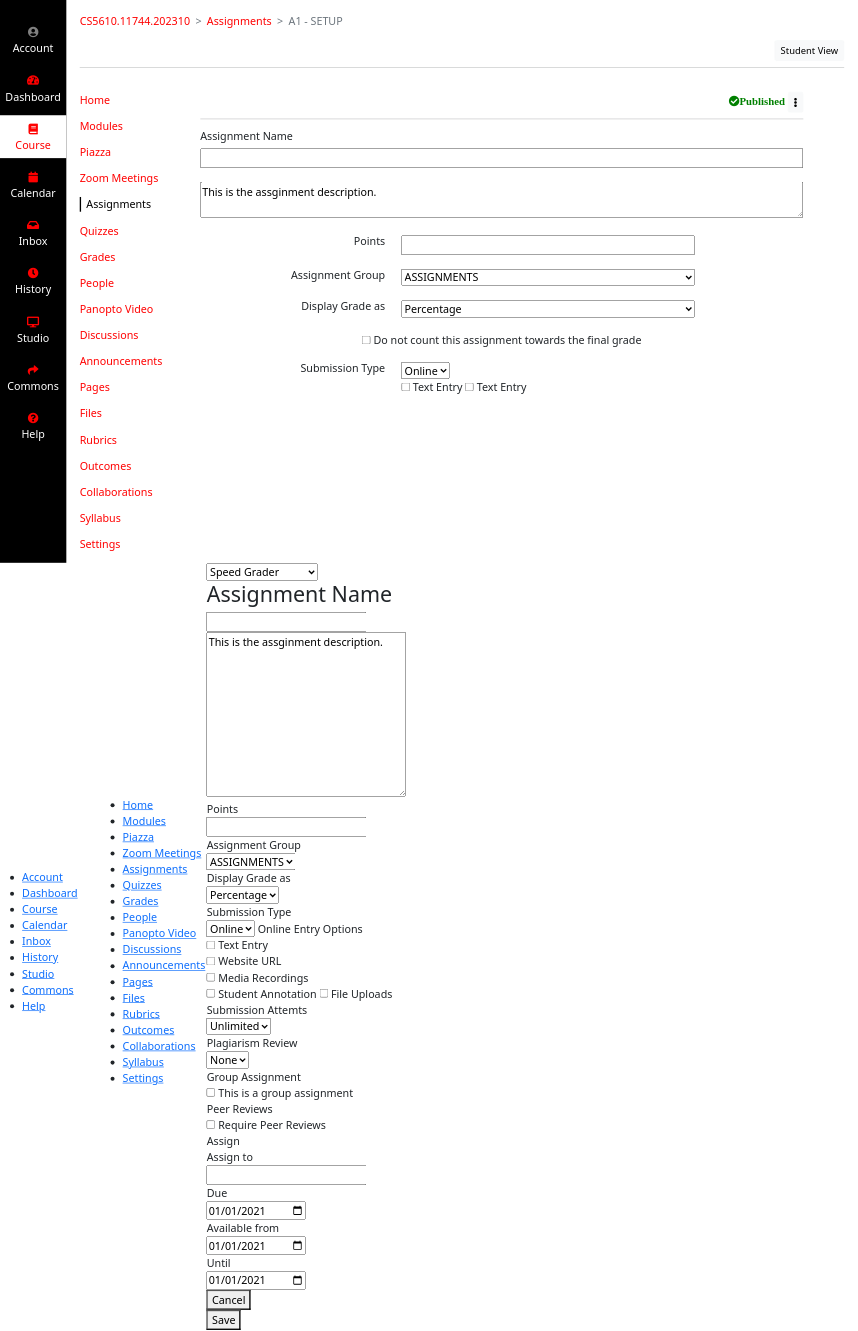
Repository: yuqiant/kanbas-react-web-app
Page: public/kanbas/assignment/edit.html
An editor plug-in stored every save of this project. The page is shown before and after the next save, followed by the edit.
The browser window is 1280 px wide. The pictures show the whole page, at 67% of full size.

Above is the page before, as saved 2023-10-05 01:06:11.

### public/kanbas/assignment/edit.html
<!DOCTYPE html>
<html lang="en">

<head>

    <meta charset="UTF-8">
    <meta name="viewport" content="width=device-width, initial-scale=1.0">
    <title>Flexbox Layout</title>
    <link rel="stylesheet" href="../../vendors/fontawesome/css/all.min.css">
    <link rel="stylesheet" href="../../vendors/bootstrap/css/bootstrap.min.css" />
    <link href="index.css" rel="stylesheet" />

</head>

<body>
    <div class="flex-container">
        <div class="left-column">

            <ul>
                <li><i class="fa fa-user-circle fa-inverse" style="color: grey;"></i><a
                        href="../account/account.html">Account</a> </li>
                <li><i class="fas fa-tachometer-alt" style="color: red;"></i><a href="#">Dashboard</a></li>
                <li class="active"><i class="fas fa-book" style="color: red;"></i><a
                        href="../course/courseNavigation.html" style="color: red;">Course</a>
                </li>
                <li><i class="fas fa-calendar" style="color: red;""></i><a href=" #">Calendar</a></li>
                <li><i class="fas fa-inbox" style="color: red;"></i><a href="#">Inbox</a></li>
                <li><i class="fas fa-clock" style="color: red;"></i><a href="#">History</a></li>
                <li><i class="fas fa-desktop" style="color: red;"></i><a href="#">Studio</a></li>
                <li><i class="fas fa-share" style="color: red;"></i><a href="#">Commons</a></li>
                <li><i class="fas fa-question-circle" style="color: red;"></i><a href="#">Help</a></li>
            </ul>

        </div>
        <div class="right-column">

            <div class="right-top">
                <nav style="--bs-breadcrumb-divider: '>'; color: red;" aria-label="breadcrumb">
                    <ol class="breadcrumb">
                        <li class="breadcrumb-item"><a href="../dashboard/index.html"
                                style="color: red;">CS5610.11744.202310</a></li>
                        <li class="breadcrumb-item"><a href="index.html" style="color: red;">Assignments</a></li>
                        <li class="breadcrumb-item active" aria-current="page">A1 - SETUP</li>
                    </ol>
                </nav>


                <div class="float-sm-end"> <button class="btn btn-light btn-sm">Student View</button>
                </div><br />
                <hr />


            </div>
            <div class="right-bottom">


                <div class="right-bottom-item1">


                    <ul>
                        <li><a href="../home.html">Home</a></li>
                        <li><a href="#">Modules</a></li>
                        <li><a href="#">Piazza</a></li>
                        <li><a href="#">Zoom Meetings</a></li>
                        <li class="active"><a href="assignment/index.html" style="color: black;">Assignments</a></li>
                        <li><a href="#">Quizzes</a></li>
                        <li><a href="grades.html">Grades</a></li>
                        <li><a href="#">People</a></li>
                        <li><a href="#">Panopto Video</a></li>
                        <li><a href="#">Discussions</a></li>
                        <li><a href="#">Announcements</a></li>
                        <li><a href="#">Pages</a></li>
                        <li><a href="#">Files</a></li>
                        <li><a href="#">Rubrics</a></li>
                        <li><a href="#">Outcomes</a></li>
                        <li><a href="#">Collaborations</a></li>
                        <li><a href="#">Syllabus</a></li>
                        <li><a href="coursesetting.html">Settings</a></li>
                    </ul>
                </div>

                <div class="right-bottom-item2">


                    <div class="float-sm-end">
                        <i class="fas fa-check-circle" style="color: green;">Published</i>
                        <button class="btn btn-light btn-sm"><i class="fas fa-ellipsis-v"></i></button>

                    </div><br>
                    <hr />
                    <h6>Assignment Name</h6>

                    <input id="text-fields-assginment" style="width: 900px; margin-bottom: 20px;" /><br />
                    <form id="textarea">
                        <textarea
                            style="width: 900px; margin-bottom: 20px;">This is the assginment description.</textarea>
                    </form>

                    <div class="row">
                        <div class="col-md-6 text-end">
                            <h6>Points</h6>
                        </div>
                        <div class="col-md-6">
                            <form id="text-fields">
                                <input id="text-fields-assginment" style="width: 100%;" />
                            </form>
                        </div>
                    </div>

                    <div class="row">
                        <div class="col-md-6 text-end">
                            <h6>Assignment Group</h6>
                        </div>
                        <div class="col-md-6">
                            <select id="select-one" style="width: 100%;">
                                <option value="ALL">ASSIGNMENTS</option>
                            </select>
                        </div>

                    </div>

                    <div class="row">
                        <div class="col-md-6 text-end">
                            <h6>Display Grade as</h6>
                        </div>
                        <div class="col-md-6">
                            <select id="select-one" style="width: 100%;">
                                <option value="ALL">Percentage</option>
                            </select>
                        </div>
                    </div>

                    <div class="row justify-content-center">
                        <div class="col-md-6">
                            <div class="text-center">
                                <input type="checkbox" value="GROUPASSIGNMENT" name="check-genre"
                                    id="chkbox-groupassignment" />
                                <label for="chkbox-groupassignment">Do not count this assignment towards the final
                                    grade</label>
                            </div>
                        </div>
                    </div>

                    <div class="row">
                        <div class="col-md-6 text-end">
                            <h6>Submission Type</h6>
                        </div>
                        <div class="col-md-6">
                            <select id="select-one">
                                <option value="ALL">Online</option>
                            </select><br />

                            <input type="checkbox" value="GROUPASSIGNMENT" name="check-genre"
                                id="chkbox-groupassignment" />
                            <label for="chkbox-groupassignment">Text Entry</label>

                            <input type="checkbox" value="GROUPASSIGNMENT" name="check-genre"
                                id="chkbox-groupassignment" />
                            <label for="chkbox-groupassignment">Text Entry</label>
                        </div>


                    </div>
                </div>







            </div>
        </div>

    </div>
    </div>
    </div>
</body>


<body>
    <table>
        <tr>
            <td id="firstColumn" style="width: 150px;">
                <ul>
                    <li><a href="index.html">Account</a></li>
                    <li><a href="#">Dashboard</a></li>
                    <li><a href="../coursecol.html">Course</a></li>
                    <li><a href="#">Calendar</a></li>
                    <li><a href="#">Inbox</a></li>
                    <li><a href="#">History</a></li>
                    <li><a href="#">Studio</a></li>
                    <li><a href="#">Commons</a></li>
                    <li><a href="#">Help</a></li>
                </ul>
            </td>
            <td id="secondColumn" style="width: 150px;">
                <ul>
                    <li><a href="../home.html">Home</a></li>
                    <li><a href="#">Modules</a></li>
                    <li><a href="#">Piazza</a></li>
                    <li><a href="#">Zoom Meetings</a></li>
                    <li><a href="index.html">Assignments</a></li>
                    <li><a href="#">Quizzes</a></li>
                    <li><a href="../grades.html">Grades</a></li>
                    <li><a href="#">People</a></li>
                    <li><a href="#">Panopto Video</a></li>
                    <li><a href="#">Discussions</a></li>
                    <li><a href="#">Announcements</a></li>
                    <li><a href="#">Pages</a></li>
                    <li><a href="#">Files</a></li>
                    <li><a href="#">Rubrics</a></li>
                    <li><a href="#">Outcomes</a></li>
                    <li><a href="#">Collaborations</a></li>
                    <li><a href="#">Syllabus</a></li>
                    <li><a href="../coursesetting.html">Settings</a></li>
                </ul>
            </td>
            <td id="thirdColumn" style="width: 250px;">
                <form id="text-fields">

                    <select id="select-one">
                        <option value="ALL">Speed Grader</option>
                        <option value="ALL">Edit</option>
                        <option value="ALL">Duplicate</option>
                        <option value="ALL">Delete</option>
                        <option value="ALL">Move To...</option>
                        <option value="ALL">Send To...</option>
                        <option value="ALL">Copy To...</option>
                        <option value="ALL">Share to Commons</option>
                    </select>
                </form>

                <h2>Assignment Name</h2>

                <input id="text-fields-assginment" /><br />
                <form id="textarea">

                    <textarea cols="30" rows="10">This is the assginment description.</textarea>
                </form>

                <div>Points</div>
                <form id="text-fields">
                    <input id="text-fields-assginment" /><br />
                </form>

                <div>Assignment Group</div>
                <select id="select-one">
                    <option value="ALL">ASSIGNMENTS</option>
                </select>

                <div>Display Grade as</div>
                <select id="select-one">
                    <option value="ALL">Percentage</option>
                </select>

                <div>Submission Type</div>
                <select id="select-one">
                    <option value="ALL">Online</option>
                </select>

                <label>Online Entry Options</label>
                <br />
                <input type="checkbox" value="TEXTENTRY" name="check-genre" id="chkbox-textentry" />
                <label for="chkbox-textentry">Text Entry</label> <br />
                <input type="checkbox" value="WEBSITEURL" name="check-genre" id="chkbox-websiteurl" />
                <label for="chkbox-websiteurl">Website URL</label> <br />
                <input type="checkbox" value="MEDIARECORDINGS" name="check-genre" id="chkbox-mediarecordings" />
                <label for="chkbox-mediarecordings">Media Recordings</label> <br />
                <input type="checkbox" value="STUDENTANNOTATION" name="check-genre" id="chkbox-studentannotation" />
                <label for="chkbox-studentannotation">Student Annotation</label>
                <input type="checkbox" value="FILEUPLOADS" name="check-genre" id="chkbox-fileuploads" />
                <label for="chkbox-fileuploads">File Uploads</label>

                <div>Submission Attemts</div>
                <select id="select-one">
                    <option value="ALL">Unlimited</option>
                </select>

                <div>Plagiarism Review</div>
                <select id="select-one">
                    <option value="ALL">None</option>
                </select>

                <div>Group Assignment
                    <br />
                    <input type="checkbox" value="GROUPASSIGNMENT" name="check-genre" id="chkbox-groupassignment" />
                    <label for="chkbox-groupassignment">This is a group assignment</label> <br />
                </div>

                <div>Peer Reviews
                    <br />
                    <input type="checkbox" value="PEERREVIEWS" name="check-genre" id="chkbox-peerrivews" />
                    <label for="chkbox-peerrivews">Require Peer Reviews</label> <br />
                </div>

                <div>Assign</div>
                <div>Assign to</div>
                <form id="text-fields">
                    <input id="text-fields-assginment" /><br />
                </form>

                <div>Due</div>
                <input type="date" id="text-fields-dob" value="2021-01-01" /><br />

                <div>Available from</div>
                <input type="date" id="text-fields-dob" value="2021-01-01" /><br />

                <div>Until</div>
                <input type="date" id="text-fields-dob" value="2021-01-01" /><br />


                <form action="assignment.html" method="get">
                    <button type="cancel">Cancel</button>
                </form>

                <form action="assignment.html" method="get">
                    <button type="save">Save</button>
                </form>




            </td>

        </tr>
    </table>

</body>

</html>

### public/kanbas/assignment/index.css
.flex-container {
    display: flex;
    height: 100%;
}

/* 左边列 */
.left-column {
    /* flex: 1; */
    /* 占据可用空间的一部分 */
    /* padding: 20px; */
    width: 0 0 80px;
    /* Adjust sidebar width as needed (between 75 and 85 pixels) */
    background-color: black;
    color: white;
    text-align: center;
    padding-top: 20px;
}

.left-column ul {
    list-style-type: none;
    padding: 0;
}

.left-column li {
    margin: 8px 0;
    /* Adjust margin between links as needed (between 5 and 10 pixels) */
    padding: 8px;
    /* Adjust padding around links as needed (between 5 and 10 pixels) */
}

.left-column li.active {
    color: red;
    background-color: white;


}



.left-column a {
    color: white;
    text-decoration: none;
    display: block;
}

.right-column {

    flex: 2;
    /* 占据可用空间的两部分 */
    display: flex;
    flex-direction: column;
    /* 垂直方向排列 */
}

/* 右上部分 */
.right-top {
    padding: 20px;
}

/* 右下部分分为三竖着的部分 */
.right-bottom {
    display: flex;
    flex-direction: row;
    /* 垂直方向排列 */
    flex: 1;
    /* 均分可用空间 */
}

/* 每个竖着的部分 */
.right-bottom-item {
    flex: 1;
    /* 均分可用空间 */
    padding: 10px;
}

.right-bottom-item1 {
    width: 200px;

    /* padding: 10px; */
    border-left: 25px
}

.right-bottom-item1 a {
    color: red;
    text-decoration: none;

}


.right-bottom-item1 ul {
    list-style: none;
    padding: 0;
}

.right-bottom-item1 li {
    margin-bottom: 15px;
    padding-left: 20px;
}

.right-bottom-item1 li.active a {
    color: black;
    padding-left: 8px;

    /* padding-right: 10px; */

    border-left: 2px solid black;
}


.right-bottom-item2 {
    width: 900px;

    /* padding: 10px; */
    border-left: 25px;
    /* flex-direction: column; */
}

.custom-indent {
    padding-left: 40px;
    /* 调整适当的缩进大小 */
}

.right-bottom-item3 {
    width: 200px;

    padding-left: 25px;
    /* padding: 10px; */
    /* border-left: 25px; */
    /* flex-direction: column; */
}

.smaller-text {
    font-size: 14px;
}

.percentage {
    display: inline-block;
    margin-right: 10px;
    /* 添加间距 */
}

.icon {
    display: inline-block;
}

.align-items-center {
    padding-left: 10px;
}

.align-items-start {
    border-left: 3px solid green;

}

.breadcrumb-item a {
    text-decoration: none;
}

.text-end {
    width: 300px;
}

.row {
    margin-bottom: 20px;
}

Loaded but not shown: public/vendors/fontawesome/css/all.min.css (library); public/vendors/bootstrap/css/bootstrap.min.css (library)

After the next save:
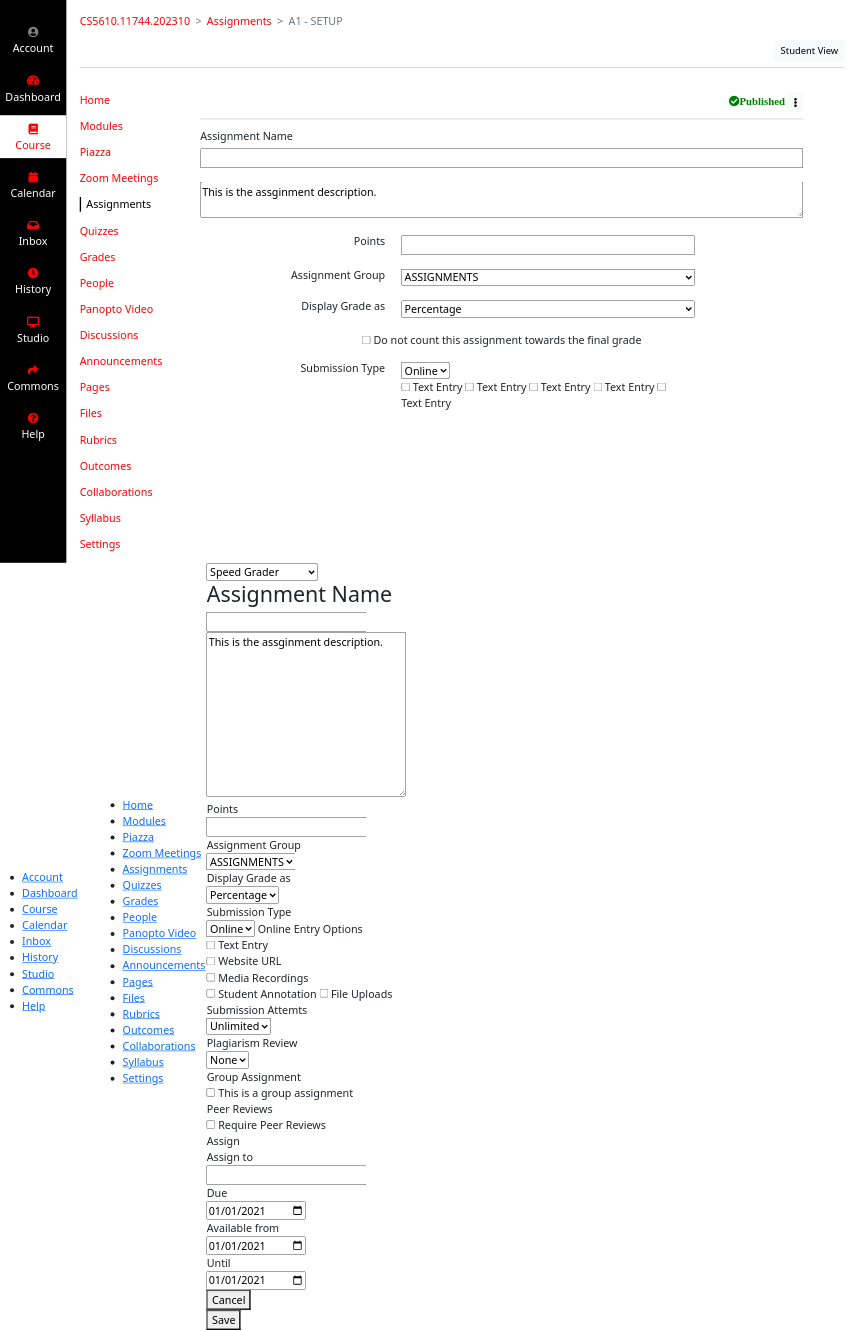
Saved 8 s later.
--- a/public/kanbas/assignment/edit.html
+++ b/public/kanbas/assignment/edit.html
@@ -154,6 +154,15 @@
                                 id="chkbox-groupassignment" />
                             <label for="chkbox-groupassignment">Text Entry</label>
 
+                            <input type="checkbox" value="GROUPASSIGNMENT" name="check-genre"
+                                id="chkbox-groupassignment" />
+                            <label for="chkbox-groupassignment">Text Entry</label>
+                            <input type="checkbox" value="GROUPASSIGNMENT" name="check-genre"
+                                id="chkbox-groupassignment" />
+                            <label for="chkbox-groupassignment">Text Entry</label>
+                            <input type="checkbox" value="GROUPASSIGNMENT" name="check-genre"
+                                id="chkbox-groupassignment" />
+                            <label for="chkbox-groupassignment">Text Entry</label>
                             <input type="checkbox" value="GROUPASSIGNMENT" name="check-genre"
                                 id="chkbox-groupassignment" />
                             <label for="chkbox-groupassignment">Text Entry</label>
